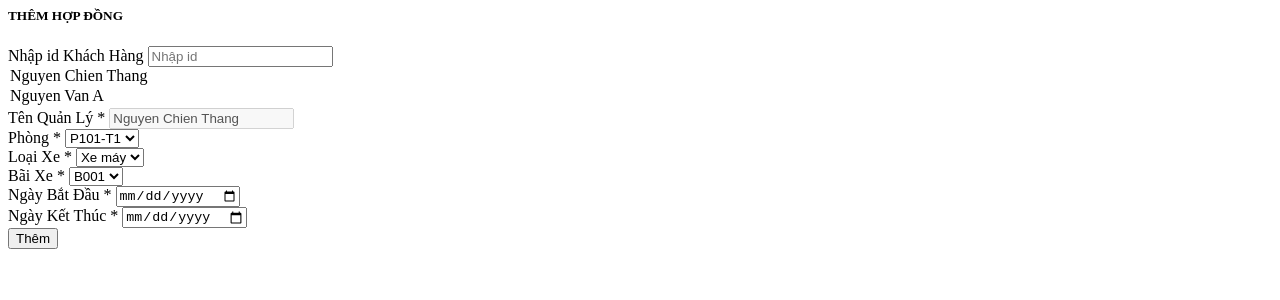
Repository: NguyenChienThangB1910143/QL_ChungCy
Page: http://localhost/hopdong/them
These files come from the project's save history. The page is drawn as it stood at one moment and after the next save; the edit follows.
The browser window is 1280 px wide. The pictures show the whole page.
The page is served by the project's Laravel application, run on PHP 8.4 with Laravel 10. The first stored user is signed in. The database holds what the project's SQL file puts in it. Queries for data that is not in the repository find no rows.

Above is the page before, as saved 2023-08-28 13:07:35.

After the next save:
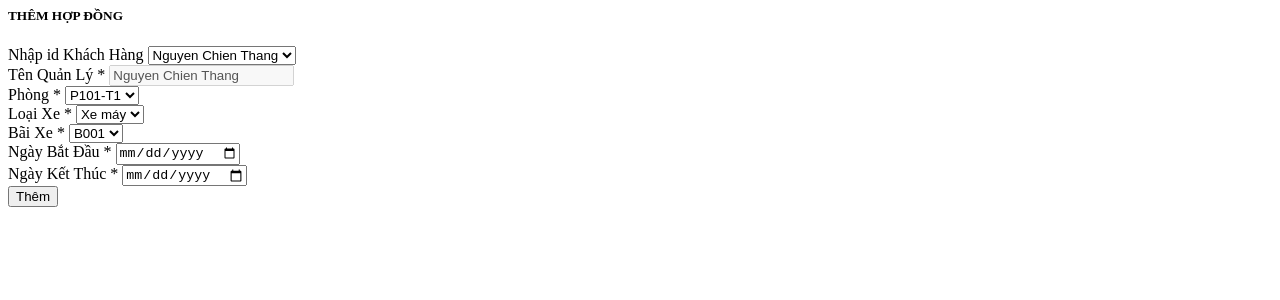
Saved 71 s later.
--- a/resources/views/hopdong/them.blade.php
+++ b/resources/views/hopdong/them.blade.php
@@ -8,11 +8,13 @@
         </div>
         <div class="mb-3 option-user">
                 <label class="form-label">Nhập id Khách Hàng</label>
-                <input type="text" class="form-control" placeholder="Nhập id" name="user">
+                <select type="text" class="form-control" id="search" placeholder="Nhập id" list="userList" name="user">
+                    <datalist id="userList">
                         @foreach($user as $user)
-                            <option value="{{$user->id}}">{{ $user->name }}</option>
+                        <option value="{{$user->id}}">{{ $user->name }}</option>
                         @endforeach
-                </input>
+                    </datalist>
+                </select>
         </div>
         <div class="mb-3 option-ql">
             <label class="form-label">Tên Quản Lý
@@ -98,4 +100,26 @@
             }
         });
     });
+    // Lấy phần tử input và datalist
+const searchInput = document.querySelector('#search');
+const userList = document.querySelector('#userList');
+
+// Lắng nghe sự kiện 'input' trên phần tử input
+searchInput.addEventListener('input', function() {
+    // Lấy giá trị của phần tử input
+    const searchValue = searchInput.value.trim().toLowerCase();
+
+    // Lọc danh sách người dùng dựa trên giá trị tìm kiếm
+    const filteredUsers = users.filter(function(user) {
+        return user.name.toLowerCase().includes(searchValue);
+    });
+
+    // Cập nhật danh sách tùy chọn trong phần tử datalist
+    userList.innerHTML = '';
+    for (const user of filteredUsers) {
+        const option = document.createElement('option');
+        option.value = user.name;
+        userList.appendChild(option);
+    }
+});
 </script>
